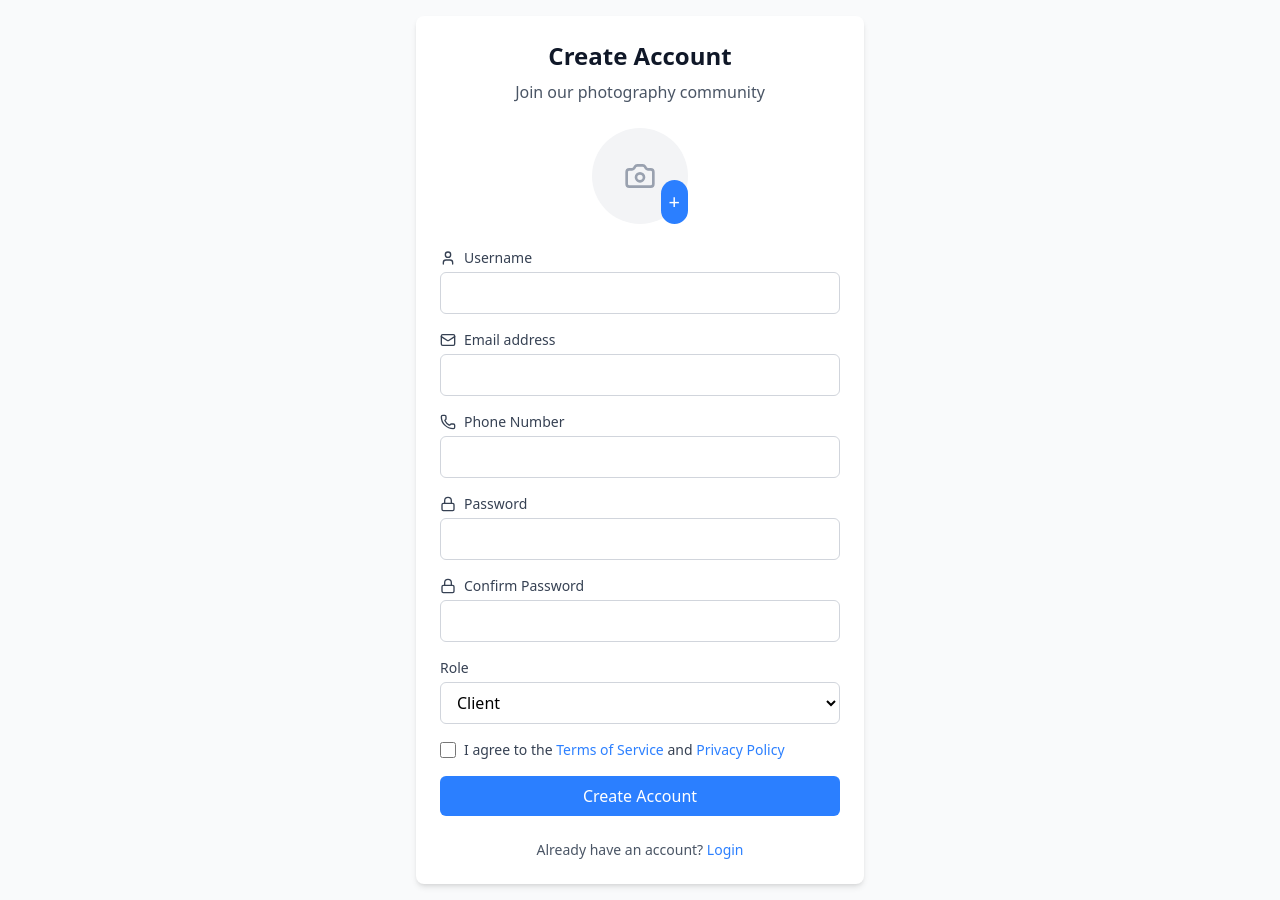
Repository: iamsirajacharya/FYP_Photographer_Booking_system
Page: /register (app in FrontEnd/)
An editor plug-in stored every save of this project. The page is shown before and after a run of saves, followed by the edit.
The browser window is 1280 px wide. The pictures show the whole page.
The project was rebuilt for these pictures with package versions that can differ from the ones it lists, and the page was loaded fresh each time. Also part of the build but not shown: FrontEnd/src/components/Dashboard/Banner.jsx, FrontEnd/src/components/Dashboard/Navbar.jsx, FrontEnd/src/components/Dashboard/Home.jsx, FrontEnd/src/components/Authentication/Login.jsx.

Above is the page before, as saved 2025-03-01 12:54:20.

### FrontEnd/index.html
<!DOCTYPE html>
<html lang="en">
  <head>
    <meta charset="UTF-8" />
    <link rel="icon" type="image/svg+xml" href="/vite.svg" />
    <meta name="viewport" content="width=device-width, initial-scale=1.0" />
    <title>Vite + React</title>
    <link href="/src/index.css" rel="stylesheet" />
  </head>
  <body>
    <div id="root"></div>
    <script type="module" src="/src/main.jsx"></script>
  </body>
</html>

### FrontEnd/src/main.jsx
import React from "react";
import { StrictMode } from "react";
import { createRoot } from "react-dom/client";
import "./index.css";
import App from "./App.jsx";
import { BrowserRouter } from "react-router";

createRoot(document.getElementById("root")).render(
  <BrowserRouter>
    <App />
  </BrowserRouter>
);

### FrontEnd/src/App.jsx
import React from "react";
import { Routes, Route } from "react-router";
import Register from "../src/components/Authentication/Register";
import Home from "../src/components/Dashboard/Home";
import Login from "../src/components/Authentication/Login";

function App() {
  return (
    <Routes>
      <Route path="/" element={<Home />} />
      <Route path="/register" element={<Register />} />
      <Route path="/login" element={<Login />} />
    </Routes>
  );
}

export default App;

### FrontEnd/src/components/Authentication/Register.jsx
import React, { useState } from "react";
import axios from "axios";
import { AlertCircle, Camera, User, Mail, Phone, Lock } from "lucide-react";
import { useNavigate } from "react-router-dom";
import ApiLink from "../../api";

const Register = () => {
  const navigate = useNavigate();
  // Form state
  const [formData, setFormData] = useState({
    username: "",
    email: "",
    password: "",
    confirmPassword: "",
    phone: "",
    role: "client",
    profile_image: null,
    agreesToTerms: false,
  });

  // Loading and error state
  const [loading, setLoading] = useState(false);
  const [errors, setErrors] = useState({});
  const [successMessage, setSuccessMessage] = useState("");
  const [photoPreview, setPhotoPreview] = useState(null);

  // Validate form function
  const validateForm = () => {
    const newErrors = {};

    if (!formData.username.trim()) {
      newErrors.username = "Username is required";
    }

    if (!formData.email.trim()) {
      newErrors.email = "Email is required";
    } else if (!/\S+@\S+\.\S+/.test(formData.email)) {
      newErrors.email = "Please enter a valid email";
    }

    if (!formData.phone.trim()) {
      newErrors.phone = "Phone number is required";
    } else if (!/^\+?[\d\s-]{10,}$/.test(formData.phone)) {
      newErrors.phone = "Please enter a valid phone number";
    }

    if (!formData.password) {
      newErrors.password = "Password is required";
    } else if (formData.password.length < 8) {
      newErrors.password = "Password must be at least 8 characters";
    }

    if (!formData.confirmPassword) {
      newErrors.confirmPassword = "Please confirm your password";
    } else if (formData.password !== formData.confirmPassword) {
      newErrors.confirmPassword = "Passwords do not match";
    }

    if (!formData.role.trim()) {
      newErrors.role = "Role is required";
    }

    if (!formData.agreesToTerms) {
      newErrors.agreesToTerms =
        "You must agree to the Terms and Privacy Policy";
    }

    setErrors(newErrors);
    return Object.keys(newErrors).length === 0;
  };

  // Handle input changes
  const handleInputChange = (e) => {
    const { name, value, type, checked } = e.target;
    setFormData({
      ...formData,
      [name]: type === "checkbox" ? checked : value,
    });
  };

  const handlePhotoUpload = (e) => {
    const file = e.target.files[0];
    if (file) {
      setFormData((prev) => ({ ...prev, profile_image: file }));
      setPhotoPreview(URL.createObjectURL(file));
    }
  };

  // Handle form submission
  const handleSubmit = async (e) => {
    e.preventDefault();

    // Validate form first
    if (!validateForm()) {
      return;
    }

    setLoading(true);

    try {
      // For image upload, use FormData
      if (formData.profile_image) {
        const formDataToSend = new FormData();
        formDataToSend.append("username", formData.username);
        formDataToSend.append("email", formData.email);
        formDataToSend.append("password", formData.password);
        formDataToSend.append("phone", formData.phone);
        formDataToSend.append("role", formData.role);
        formDataToSend.append("profile_image", formData.profile_image);

        const response = await axios.post(
          ApiLink.register.url,
          formDataToSend,
          {
            withCredentials: true,
          }
        );

        console.log("Registration response:", response.data);
      } else {
        // Without image, send regular JSON
        const userData = {
          username: formData.username,
          email: formData.email,
          password: formData.password,
          phone: formData.phone,
          role: formData.role,
        };

        console.log("Sending data:", userData);

        const response = await axios.post(ApiLink.register.url, userData, {
          headers: {
            "Content-Type": "application/json",
          },
          withCredentials: true,
        });

        console.log("Registration response:", response.data);
      }

      setSuccessMessage("Registration successful! Redirecting to login...");

      // Reset form after successful registration
      setFormData({
        username: "",
        email: "",
        password: "",
        confirmPassword: "",
        phone: "",
        role: "client",
        profile_image: null,
        agreesToTerms: false,
      });
      setPhotoPreview(null);

      // Redirect to login after a delay
      setTimeout(() => navigate("/login"), 2000);
    } catch (err) {
      console.error("Registration error:", err);
      console.log("Error response data:", err.response?.data);

      if (err.response?.data?.message) {
        setErrors({
          general: err.response.data.message,
        });
      } else if (err.response?.data?.errors) {
        setErrors(err.response.data.errors);
      } else {
        setErrors({
          general: "Registration failed. Please try again.",
        });
      }
    } finally {
      setLoading(false);
    }
  };

  return (
    <div className="min-h-screen bg-gray-50 flex items-center justify-center p-4">
      <div className="max-w-md w-full bg-white rounded-lg shadow-md p-6 space-y-6">
        <div className="text-center">
          <h1 className="text-2xl font-bold text-gray-900">Create Account</h1>
          {successMessage && (
            <p className="text-green-600 text-center">{successMessage}</p>
          )}
          {errors.general && (
            <p className="text-red-600 text-center">{errors.general}</p>
          )}
          <p className="text-gray-600 mt-2">Join our photography community</p>
        </div>

        <form onSubmit={handleSubmit} className="space-y-4">
          <div className="flex justify-center mb-6">
            <div className="relative">
              <div className="w-24 h-24 rounded-full bg-gray-100 flex items-center justify-center overflow-hidden">
                {photoPreview ? (
                  <img
                    src={photoPreview}
                    alt="Profile preview"
                    className="w-full h-full object-cover"
                  />
                ) : (
                  <Camera className="w-8 h-8 text-gray-400" />
                )}
              </div>
              <label
                htmlFor="photo-upload"
                className="absolute bottom-0 right-0 bg-blue-500 rounded-full p-2 cursor-pointer"
              >
                <input
                  type="file"
                  id="photo-upload"
                  className="hidden"
                  accept="image/*"
                  onChange={handlePhotoUpload}
                />
                <span className="text-white text-xl">+</span>
              </label>
            </div>
          </div>

          <div className="space-y-4">
            <div>
              <label className="block text-sm font-medium text-gray-700">
                <div className="flex items-center space-x-2">
                  <User className="w-4 h-4" />
                  <span>Username</span>
                </div>
              </label>
              <input
                type="text"
                name="username"
                value={formData.username}
                onChange={handleInputChange}
                className={`mt-1 block w-full rounded-md border ${
                  errors.username ? "border-red-300" : "border-gray-300"
                } px-3 py-2 focus:border-blue-500 focus:outline-none focus:ring-1 focus:ring-blue-500`}
              />
              {errors.username && (
                <p className="mt-1 text-sm text-red-600 flex items-center">
                  <AlertCircle className="w-4 h-4 mr-1" />
                  {errors.username}
                </p>
              )}
            </div>

            <div>
              <label className="block text-sm font-medium text-gray-700">
                <div className="flex items-center space-x-2">
                  <Mail className="w-4 h-4" />
                  <span>Email address</span>
                </div>
              </label>
              <input
                type="email"
                name="email"
                value={formData.email}
                onChange={handleInputChange}
                className={`mt-1 block w-full rounded-md border ${
                  errors.email ? "border-red-300" : "border-gray-300"
                } px-3 py-2 focus:border-blue-500 focus:outline-none focus:ring-1 focus:ring-blue-500`}
              />
              {errors.email && (
                <p className="mt-1 text-sm text-red-600 flex items-center">
                  <AlertCircle className="w-4 h-4 mr-1" />
                  {errors.email}
                </p>
              )}
            </div>

            <div>
              <label className="block text-sm font-medium text-gray-700">
                <div className="flex items-center space-x-2">
                  <Phone className="w-4 h-4" />
                  <span>Phone Number</span>
                </div>
              </label>
              <input
                type="tel"
                name="phone"
                value={formData.phone}
                onChange={handleInputChange}
                className={`mt-1 block w-full rounded-md border ${
                  errors.phone ? "border-red-300" : "border-gray-300"
                } px-3 py-2 focus:border-blue-500 focus:outline-none focus:ring-1 focus:ring-blue-500`}
              />
              {errors.phone && (
                <p className="mt-1 text-sm text-red-600 flex items-center">
                  <AlertCircle className="w-4 h-4 mr-1" />
                  {errors.phone}
                </p>
              )}
            </div>

            <div>
              <label className="block text-sm font-medium text-gray-700">
                <div className="flex items-center space-x-2">
                  <Lock className="w-4 h-4" />
                  <span>Password</span>
                </div>
              </label>
              <input
                type="password"
                name="password"
                value={formData.password}
                onChange={handleInputChange}
                className={`mt-1 block w-full rounded-md border ${
                  errors.password ? "border-red-300" : "border-gray-300"
                } px-3 py-2 focus:border-blue-500 focus:outline-none focus:ring-1 focus:ring-blue-500`}
              />
              {errors.password && (
                <p className="mt-1 text-sm text-red-600 flex items-center">
                  <AlertCircle className="w-4 h-4 mr-1" />
                  {errors.password}
                </p>
              )}
            </div>

            <div>
              <label className="block text-sm font-medium text-gray-700">
                <div className="flex items-center space-x-2">
                  <Lock className="w-4 h-4" />
                  <span>Confirm Password</span>
                </div>
              </label>
              <input
                type="password"
                name="confirmPassword"
                value={formData.confirmPassword}
                onChange={handleInputChange}
                className={`mt-1 block w-full rounded-md border ${
                  errors.confirmPassword ? "border-red-300" : "border-gray-300"
                } px-3 py-2 focus:border-blue-500 focus:outline-none focus:ring-1 focus:ring-blue-500`}
              />
              {errors.confirmPassword && (
                <p className="mt-1 text-sm text-red-600 flex items-center">
                  <AlertCircle className="w-4 h-4 mr-1" />
                  {errors.confirmPassword}
                </p>
              )}
            </div>

            <div>
              <label className="block text-sm font-medium text-gray-700">
                Role
              </label>
              <select
                name="role"
                value={formData.role}
                onChange={handleInputChange}
                className={`mt-1 block w-full rounded-md border ${
                  errors.role ? "border-red-300" : "border-gray-300"
                } px-3 py-2 focus:border-blue-500 focus:outline-none focus:ring-1 focus:ring-blue-500`}
              >
                <option value="">Select role</option>
                <option value="client">Client</option>
                <option value="photographer">Photographer</option>
              </select>
              {errors.role && (
                <p className="mt-1 text-sm text-red-600 flex items-center">
                  <AlertCircle className="w-4 h-4 mr-1" />
                  {errors.role}
                </p>
              )}
            </div>

            <div className="flex items-center">
              <input
                type="checkbox"
                name="agreesToTerms"
                checked={formData.agreesToTerms}
                onChange={handleInputChange}
                className="h-4 w-4 text-blue-500 focus:ring-blue-500 border-gray-300 rounded"
              />
              <label className="ml-2 block text-sm text-gray-700">
                I agree to the{" "}
                <a href="#" className="text-blue-500 hover:text-blue-700">
                  Terms of Service
                </a>{" "}
                and{" "}
                <a href="#" className="text-blue-500 hover:text-blue-700">
                  Privacy Policy
                </a>
              </label>
            </div>
            {errors.agreesToTerms && (
              <p className="text-sm text-red-600 flex items-center">
                <AlertCircle className="w-4 h-4 mr-1" />
                {errors.agreesToTerms}
              </p>
            )}
          </div>

          <button
            type="submit"
            className="w-full bg-blue-500 text-white py-2 px-4 rounded-md hover:bg-blue-600 focus:outline-none focus:ring-2 focus:ring-blue-500 focus:ring-offset-2 transition-colors"
            disabled={loading}
          >
            {loading ? "Registering..." : "Create Account"}
          </button>
        </form>

        <div className="text-center text-sm">
          <span className="text-gray-600">Already have an account?</span>{" "}
          <a href="/login" className="text-blue-500 hover:text-blue-700">
            Login
          </a>
        </div>
      </div>
    </div>
  );
};

export default Register;

### FrontEnd/src/api.js
const backEndDomain = "http://localhost:3001";

const ApiLink = {
  register: {
    url: `${backEndDomain}/api/register`,
    method: "post",
  },
  login: {
    url: `${backEndDomain}/api/login`,
    method: "post",
  },
  logout: {
    url: `${backEndDomain}/api/logout`,
    method: "post",
  },
};

export default ApiLink;

Loaded but not shown: FrontEnd/src/index.css (common file)

After the next 2 saves:
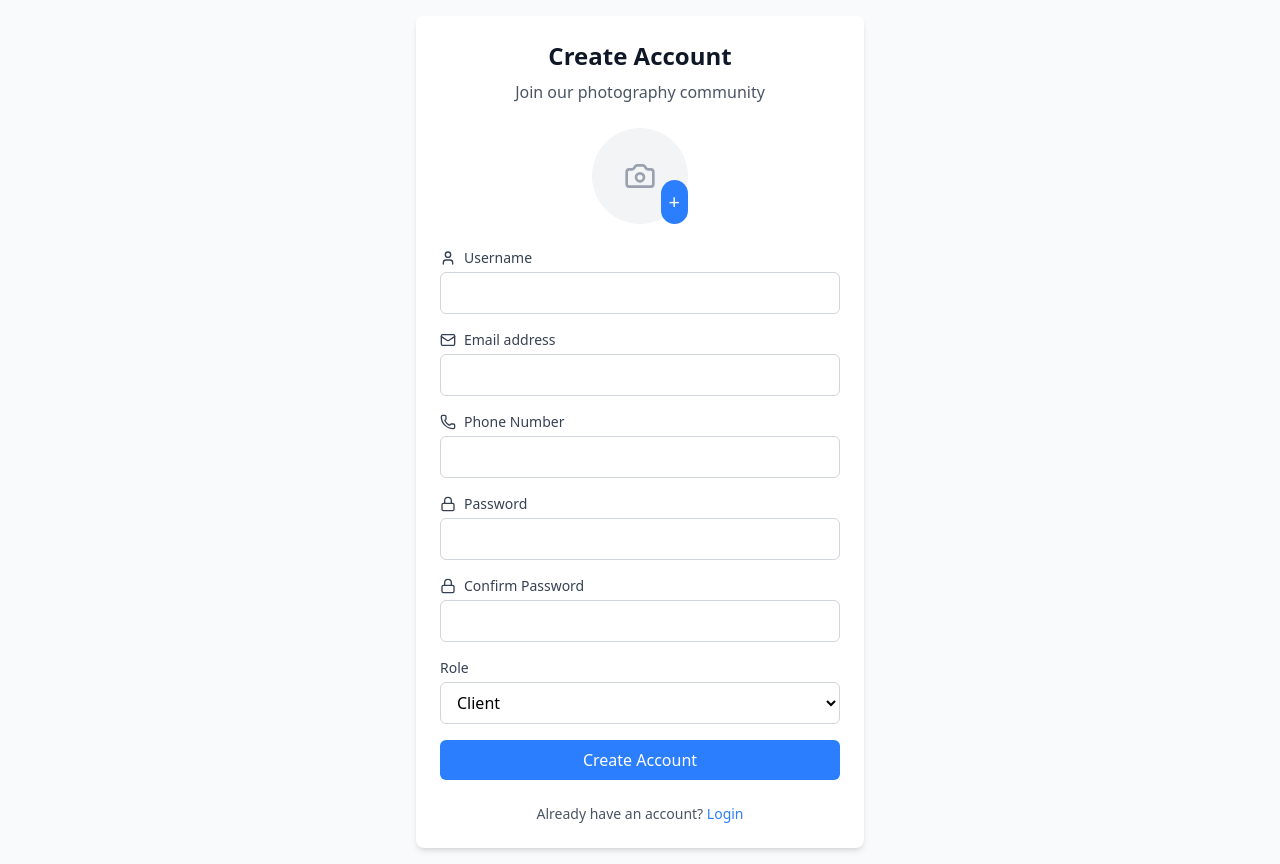
The 2 saves are shown as one change because 1 did not build or start.
The last was saved 119 s later.
--- a/FrontEnd/src/components/Authentication/Register.jsx
+++ b/FrontEnd/src/components/Authentication/Register.jsx
@@ -365,7 +365,7 @@ const Register = () => {
               )}
             </div>
 
-            <div className="flex items-center">
+            {/* <div className="flex items-center">
               <input
                 type="checkbox"
                 name="agreesToTerms"
@@ -389,7 +389,7 @@ const Register = () => {
                 <AlertCircle className="w-4 h-4 mr-1" />
                 {errors.agreesToTerms}
               </p>
-            )}
+            )} */}
           </div>
 
           <button
